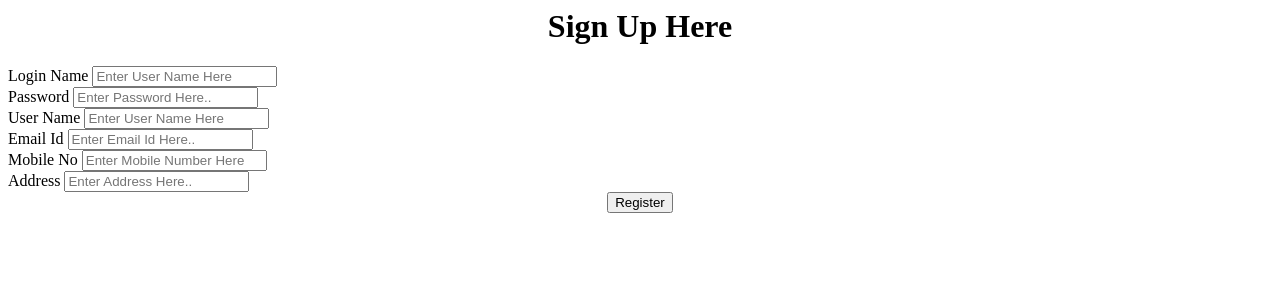
Repository: ManaliSant/Project-2-
Page: InteractionFrontEnd/WebContent/web/c_user/SignUp.html
The author's editor kept a copy of each file at every save. The page is drawn from the files as they stood at one save, then again after the next save.
The browser window is 1280 px wide. The pictures show the whole page.

Above is the page before, as saved 2018-12-12 11:32:39.

After the next save:
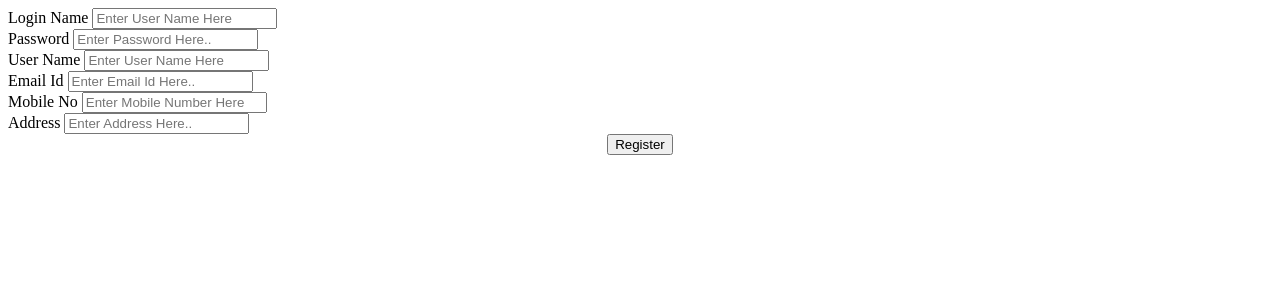
Saved 12 s later.
--- a/InteractionFrontEnd/WebContent/web/c_user/SignUp.html
+++ b/InteractionFrontEnd/WebContent/web/c_user/SignUp.html
@@ -1,10 +1,4 @@
 <div class="container" ng-controller="UserController">
-
-	<h1 class="well">
-		<center>
-			<font face="Monotype Corsiva">Sign Up Here</font>
-		</center>
-	</h1>
 
 	<div class="col-lg-12 well">
 		<div class="row">

After the save that followed:
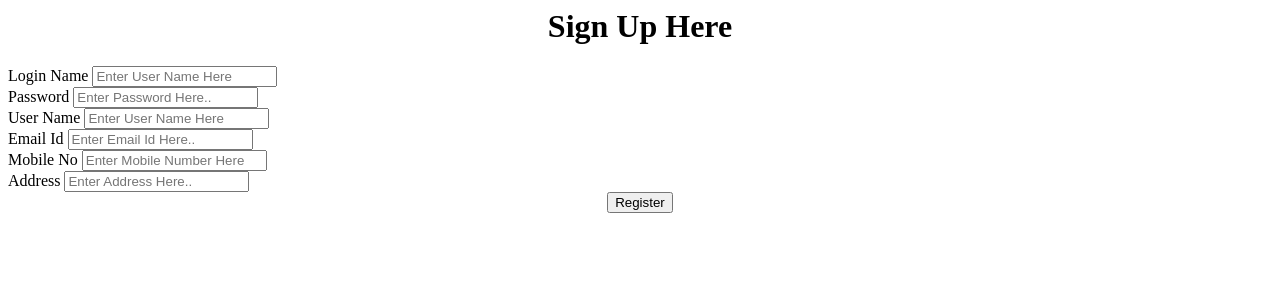
Saved 37 s later.
--- a/InteractionFrontEnd/WebContent/web/c_user/SignUp.html
+++ b/InteractionFrontEnd/WebContent/web/c_user/SignUp.html
@@ -1,4 +1,11 @@
+
 <div class="container" ng-controller="UserController">
+
+	<h1 class="well">
+		<center>
+			<font face="Monotype Corsiva">Sign Up Here</font>
+		</center>
+	</h1>
 
 	<div class="col-lg-12 well">
 		<div class="row">
@@ -41,6 +48,7 @@
 								ng-model="user.address" class="form-control">
 						</div>
 					</div>
+
 					<center>
 						<input type="submit" value="Register" class="btn btn-lg btn-info" ng-click="register()" />
 					</center>
@@ -48,4 +56,7 @@
 			</form>
 		</div>
 	</div>
+
+
+
 </div>
